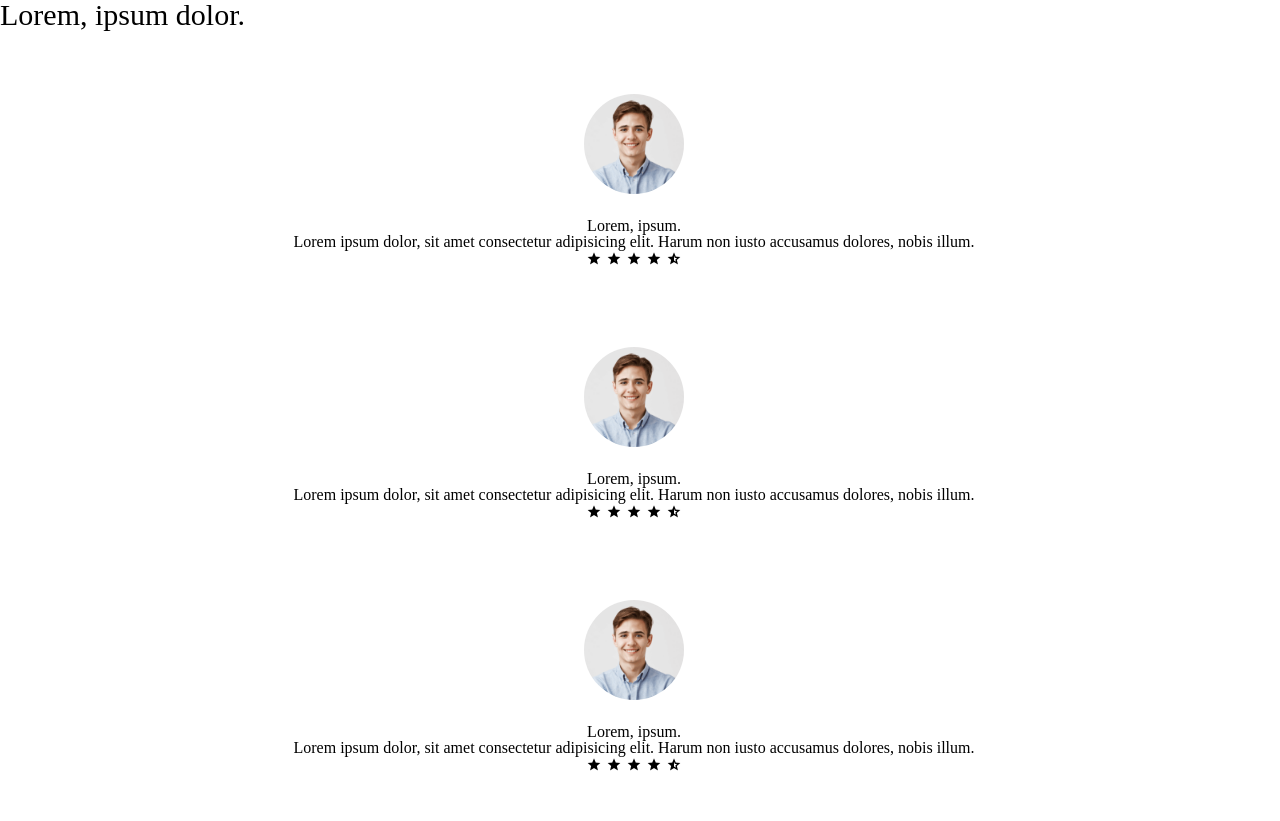
Repository: dinhhaidh/slider-3
Page: index.html
These files come from the project's save history. The page is drawn as it stood at one moment and after a run of saves; the edit follows.
The browser window is 1280 px wide. The pictures show the whole page.

Above is the page before, as saved 2024-03-22 21:53:27.

After the next 3 saves:
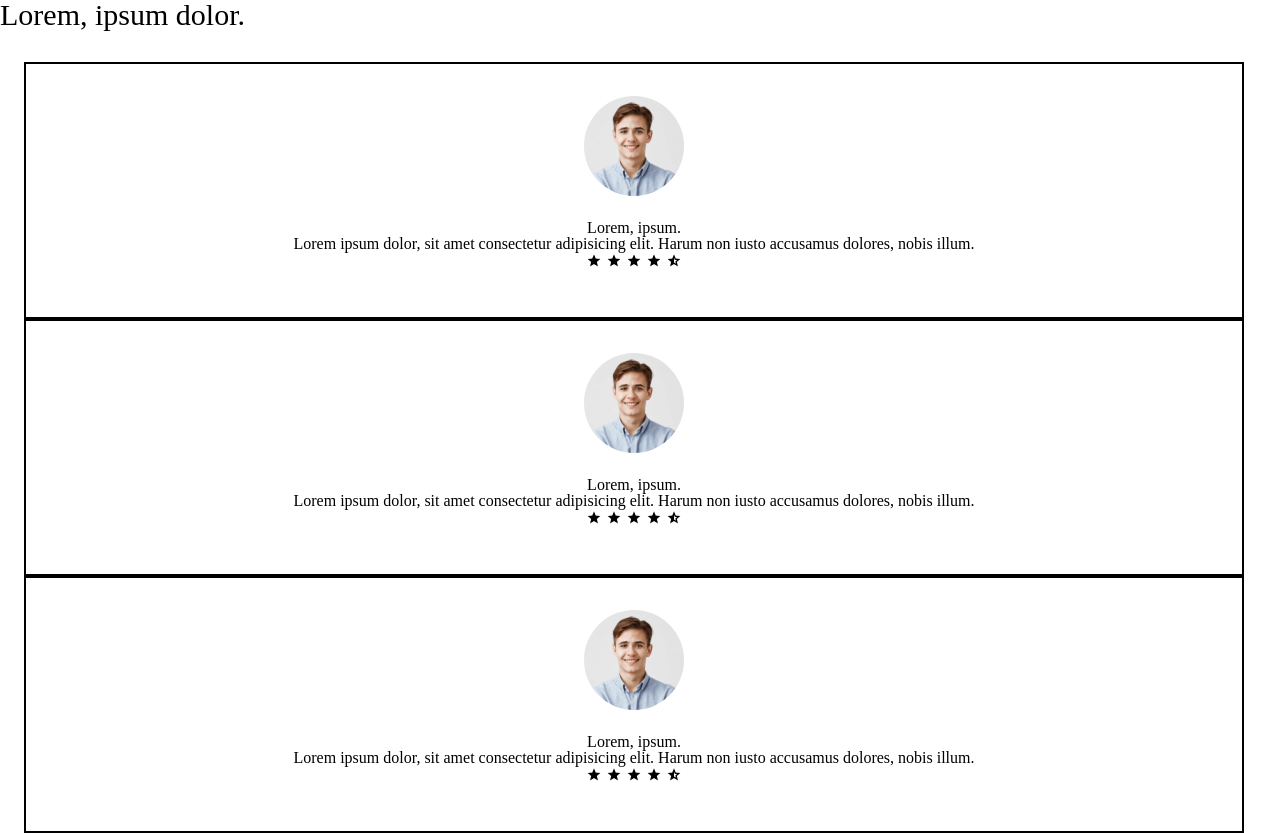
The 3 saves are shown as one change because they came seconds apart.
The last was saved 9 s later.
--- a/css/style.css
+++ b/css/style.css
@@ -50,7 +50,7 @@ body {
 .new__article{
   padding: 2rem 2.5rem 3rem;
   text-align: center;
-  br
+  border: 2px solid #000;
 }
 .new__img{
   width: 100px;
